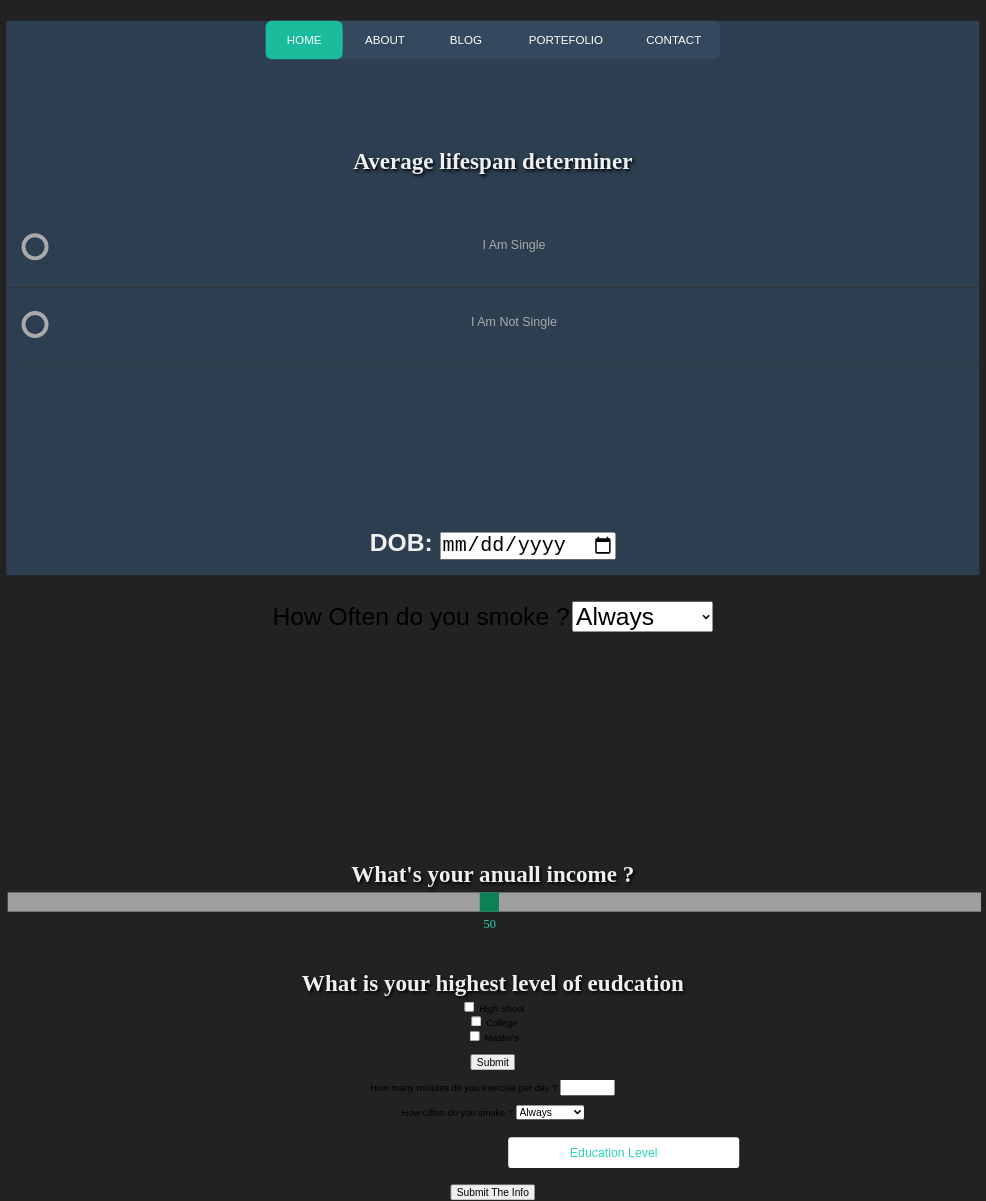
Repository: navid-amini12/capstone-1
Page: wordgame.html
The author's editor kept a copy of each file at every save. The page is drawn from the files as they stood at one save, then again after the next save.
The browser window is 1280 px wide. The pictures show the whole page, at 77% of full size.

Above is the page before, as saved 2022-06-02 10:59:57.

After the next save:
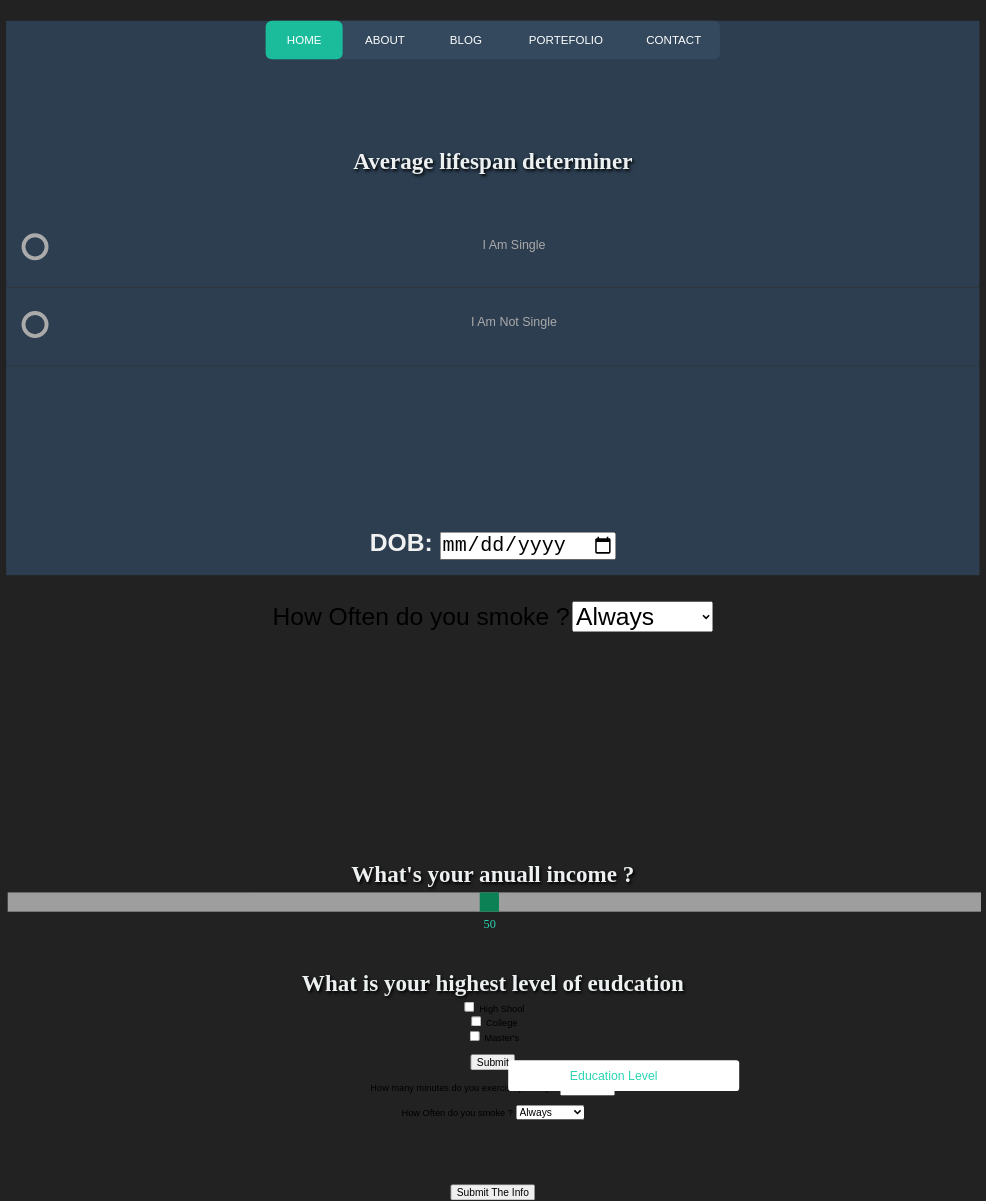
Saved 8 s later.
--- a/Life.css
+++ b/Life.css
@@ -49,7 +49,7 @@
 
 .optiondesign {
   position: relative;
-  bottom: 200px
+  bottom: 300px
 }
 
 
